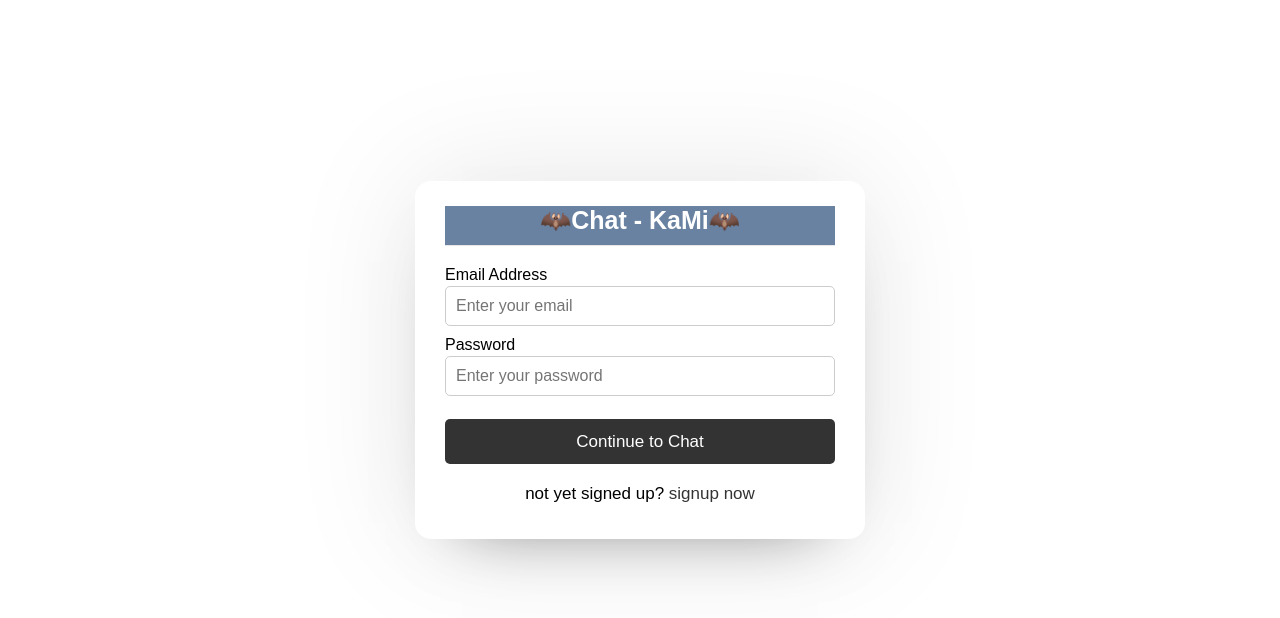
Repository: kananavy/CONQUER
Page: http://localhost/login.php
An editor plug-in stored every save of this project. The page is shown before and after a run of saves, followed by the edit.
The browser window is 1280 px wide. The pictures show the whole page.
The page is run by PHP 8.4 with error messages shown; the project is at /var/www/html/.

Above is the page before, as saved 2023-01-23 19:26:52.

After the next 2 saves:
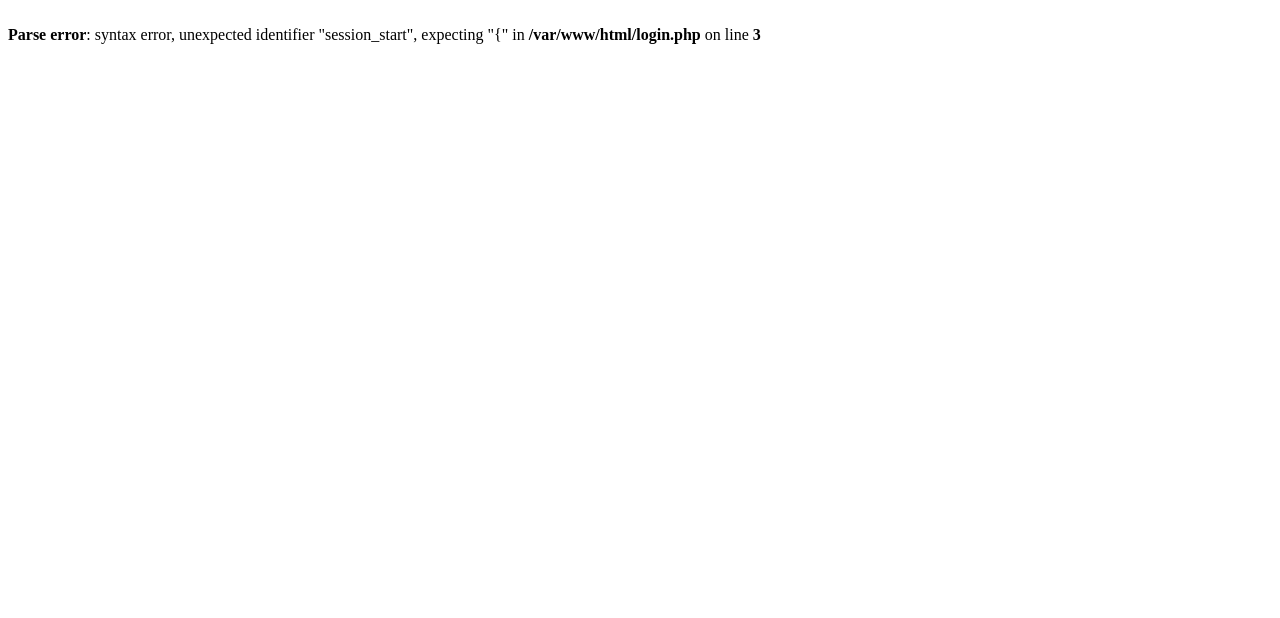
The 2 saves are shown as one change because they came seconds apart.
The last was saved 3 min 21 s later.
--- a/login.php
+++ b/login.php
@@ -1,4 +1,5 @@
 <?php
+function header(string $header, bool $replace = true, int $response_code = 0): void
 session_start();
 if(isset($_SESSION['unique_id'])){ //if user logged in
     header("location: user.php");
